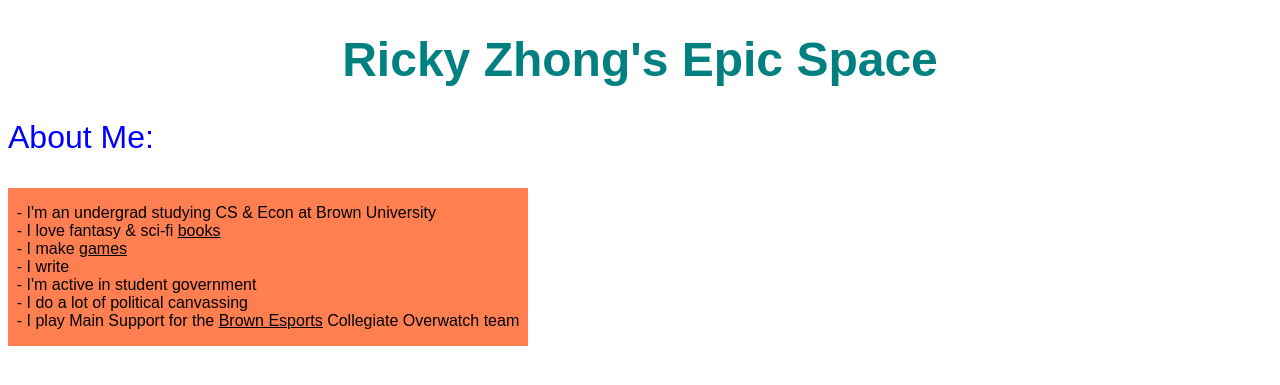
Repository: rickydaricky/rickydaricky.github.io
Page: index.html
The author's editor kept a copy of each file at every save. The page is drawn from the files as they stood at one save, then again after the next save.
The browser window is 1280 px wide. The pictures show the whole page.

Above is the page before, as saved 2023-03-31 11:01:05.

### index.html
<!DOCTYPE html>

<head>
  <meta charset="UTF-8" />
  <meta name="viewport" content="width=device-width, initial-scale=1.0" />
  <link rel="stylesheet" href="main.css" type="text/css" />
  <title>Homepage</title>
</head>

<html>
  <body>
    <h1 class="title">Ricky Zhong's Epic Space</h1>
    <p class="about">About Me:</p>
    <div class="square">
      <p>
        - I'm an undergrad studying CS & Econ at Brown University
        <br />
        - I love fantasy & sci-fi
        <a href="https://goodreads.com/rickydaricky">books</a>
        <br />
        - I make
        <a href="https://rickydaricky.itch.io/">games</a>
        <br />
        - I write
        <br />
        - I'm active in student government
        <br />
        - I do a lot of political canvassing
        <br />
        - I play Main Support for the
        <a href="https://brownesports.org/">Brown Esports</a>
        Collegiate Overwatch team
      </p>
    </div>
  </body>
</html>

### main.css
p {
  text-align: justify;
  font-size: 200%;
}

html * {
  font-size: 16px;
  color: black;
  font-family: Nunito, sans-serif;
}

.about {
  font-size: 200%;
  color: blue;
}

.title {
  text-align: center;
  font-size: 300%;
  color: teal;
}

.body {
  display: flex;
  justify-content: center;
  align-items: center;
}

.square {
  display: flex;
  justify-content: center;
  align-items: center;
  text-align: center;
  width: 520px;
  background-color: coral;
}

After the next save:
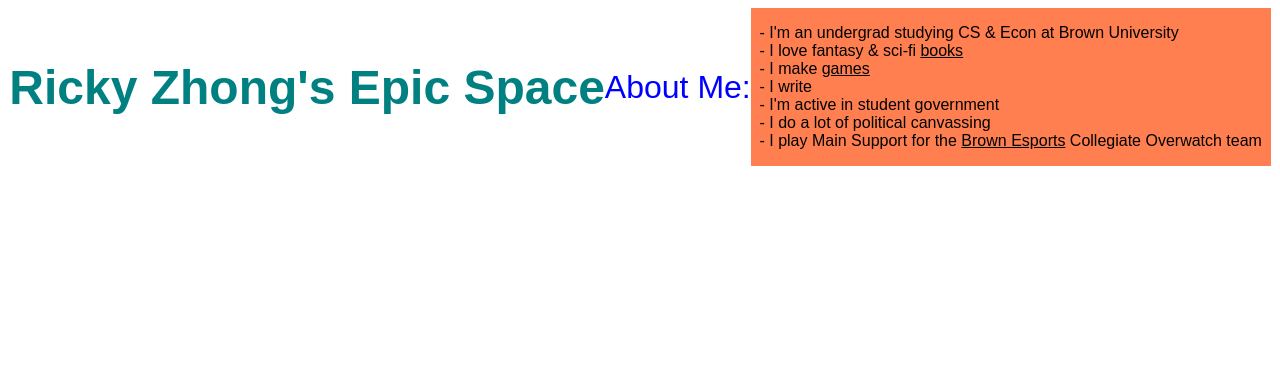
Saved 10 s later.
--- a/main.css
+++ b/main.css
@@ -20,7 +20,7 @@ html * {
   color: teal;
 }
 
-.body {
+body {
   display: flex;
   justify-content: center;
   align-items: center;
